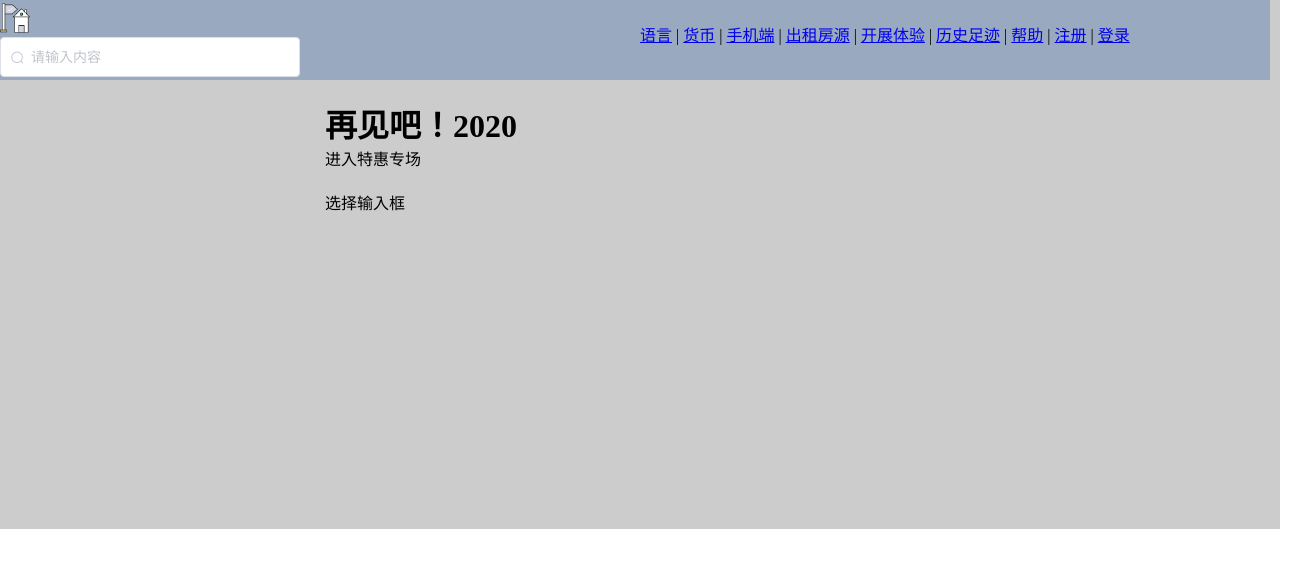
Repository: yz1181214391/my-airbnb
Page: /
An editor plug-in stored every save of this project. The page is shown before and after the next save, followed by the edit.
The browser window is 1280 px wide. The page is 1290 px wide, so the pictures cover 1290 px, including what lies to the right of the window. The pictures show the whole page.
The project was rebuilt for these pictures with package versions that can differ from the ones it lists, and the page was loaded fresh each time. Also part of the build but not shown: src/components/Banner.vue, src/views/Language.vue, src/views/Currency.vue, src/views/Enter.vue, src/views/Experience.vue, src/views/Help.vue, src/views/History.vue, src/views/Mobile.vue and 2 more.

Above is the page before, as saved 2020-12-09 14:45:47.

### src/App.vue
<template>
  <div id="app">
    <div class="app-header">
      <Header/>
      <!-- <Banner/>  -->
    </div>

  </div>

</template>

<script>
import Banner from './components/Banner'
import Header from './components/Header'

export default {
   name: 'app',
  components:{
    Banner,
    Header
  }
}
</script>


<style lang="less">
// #app {
//   font-family: Avenir, Helvetica, Arial, sans-serif;
//   -webkit-font-smoothing: antialiased;
//   -moz-osx-font-smoothing: grayscale;
//   text-align: center;
//   color: #2c3e50;
// }
  *{
    margin: 0;
    padding: 0;
  }
</style>

### src/router/index.js
import Vue from 'vue'
import VueRouter from 'vue-router'

import Language from '../views/Language.vue'
import Currency from '../views/Currency.vue'
import Enter from '../views/Enter.vue'
import Experience from '../views/Experience.vue'
import Help from '../views/Help.vue'
import History from '../views/History.vue'
import Mobile from '../views/Mobile.vue'
import Register from '../views/Register.vue'
import Room from '../views/Room.vue'



Vue.use(VueRouter)

const routes = [
  // {
  //   path: '/',
  //   name: 'Language',
  //   component: Language
  // },
  // {
  //   path: '/Currency',
  //   name: 'Currency',
  //   // route level code-splitting
  //   // this generates a separate chunk (about.[hash].js) for this route
  //   // which is lazy-loaded when the route is visited.
  //   component: () => import(/* webpackChunkName: "about" */ '../views/Currency.vue')
  // }
  { path : '/Language', component : Language},
  { path : '/Currency', component : Currency},
  { path : '/Enter', component : Enter},
  { path : '/Experience', component : Experience},
  { path : '/Help', component : Help},
  { path : '/History', component : History},
  { path : '/Mobile', component : Mobile},
  { path : '/Register', component : Register},
  { path : '/Room', component : Room},
]

const router = new VueRouter({
  mode: 'history',
  base: process.env.BASE_URL,
  routes
})

export default router

### src/components/Header.vue
<template>
    <div class="airbnb-box">
      <el-row :gutter="20">
        <el-col :span="6">
          <div class="grid-content bg-purple">
            <a href="###"><img class="log-img" src="../assets/img/012-zhandian.png" alt=""></a>
            <el-input v-model="input" prefix-icon='el-icon-search' placeholder="请输入内容"></el-input>

          </div>
        </el-col>
        <el-col :span="12" :offset="6">
          <div class="grid-content bg-purple">
            <router-link to="/Language">语言</router-link> |
            <router-link to="/Currency">货币</router-link> |
            <router-link to="/Mobile">手机端</router-link> |
            <router-link to="/Room">出租房源</router-link> |
            <router-link to="/Experience">开展体验</router-link> |
            <router-link to="/History">历史足迹</router-link> |
            <router-link to="/Help">帮助</router-link> |
            <router-link to="/Register">注册</router-link> |
            <router-link to="/Enter">登录</router-link>
          </div>
        </el-col>
      </el-row>
      <el-row :gutter="20">
        <el-col :span="6" :offset="6">
          <div class="grid-content bg-purple">
            <h1>再见吧！2020</h1>
            <div>进入特惠专场</div>
          </div>
        </el-col>
        <el-col :span="6" :offset="6"><div class="grid-content bg-purple"></div></el-col>
      </el-row>
      <el-row :gutter="20">
        <el-col :span="12" :offset="6">
          <div class="grid-content bg-purple">
            选择输入框
          </div>
        </el-col>
      </el-row>
    </div>
</template>

<script>
// import Banner from './components/Banner'
// export default {
//    name: 'app',
//   components:{
//     Banner
//   }
// }
</script>


<style lang="less">

.airbnb-box{
    width: 100%;
    height: 529px;
    background-color: #cccccc;
  }

.el-row {
    margin-bottom: 20px;
    display: flex;
    &:first-child{
      align-items: center;
      width: 100%;
      height: 80px;
      background-color: #99a9bf;
    }
    &:last-child {
      margin-bottom: 0;
    }
  }
  .el-col {
    border-radius: 4px;
  }
  .bg-purple-dark {
    background: #99a9bf;
  }
  .bg-purple {
    // background: #d3dce6;
  }
  .bg-purple-light {
    background: #e5e9f2;
  }
  .grid-content {
    border-radius: 4px;
    min-height: 36px;
  }
  .row-bg {
    padding: 10px 0;
    background-color: #f9fafc;
  }


.log-img{
  width: 30px;
  height: 30px;
}
</style>

Loaded but not shown: public/index.html (common file); src/main.js (common file); src/store/index.js (common file)

After the next save:
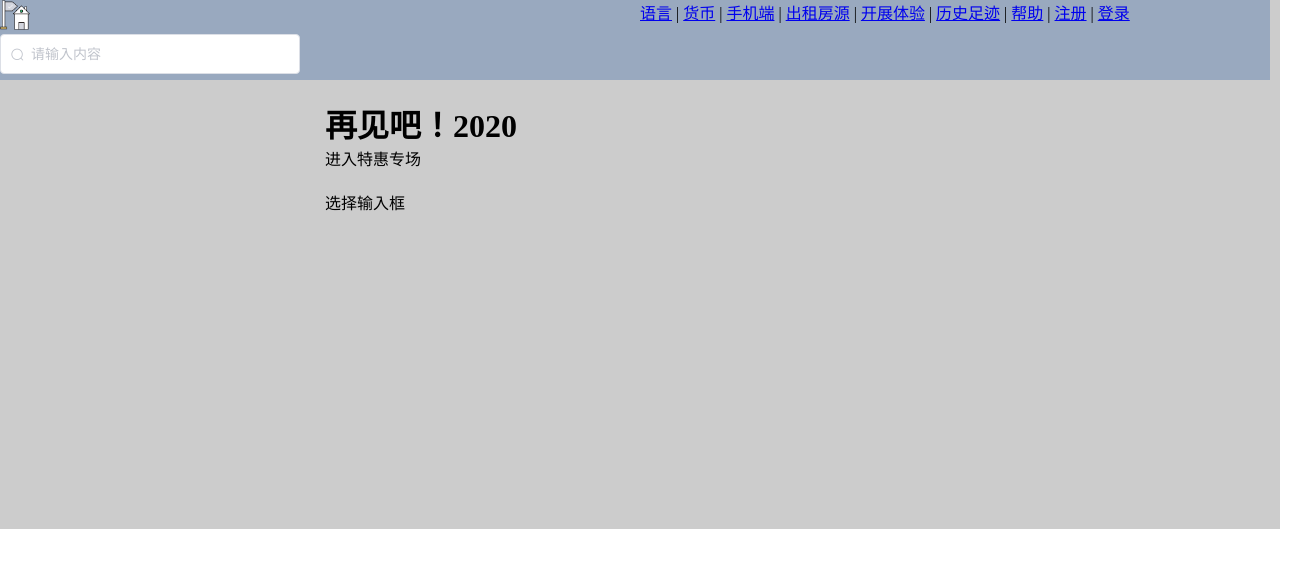
Saved 22 s later.
--- a/src/components/Header.vue
+++ b/src/components/Header.vue
@@ -62,7 +62,7 @@
 
 .el-row {
     margin-bottom: 20px;
-    display: flex;
+    // display: flex;
     &:first-child{
       align-items: center;
       width: 100%;

After the save that followed:
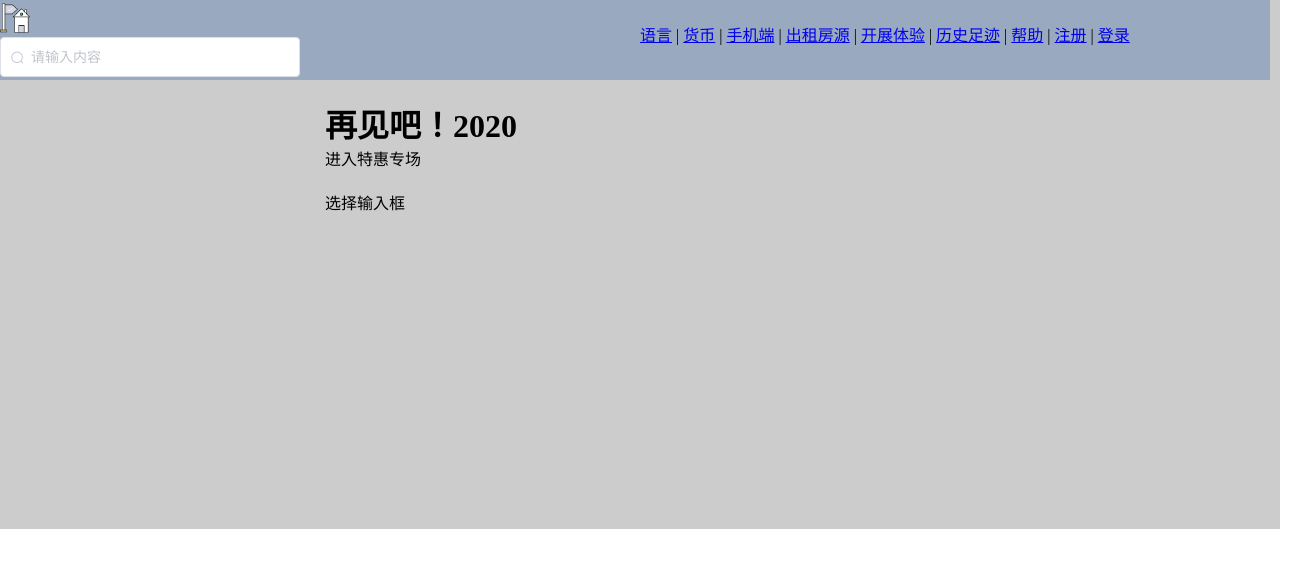
Saved 10 s later.
--- a/src/components/Header.vue
+++ b/src/components/Header.vue
@@ -62,7 +62,7 @@
 
 .el-row {
     margin-bottom: 20px;
-    // display: flex;
+    display: flex;
     &:first-child{
       align-items: center;
       width: 100%;
